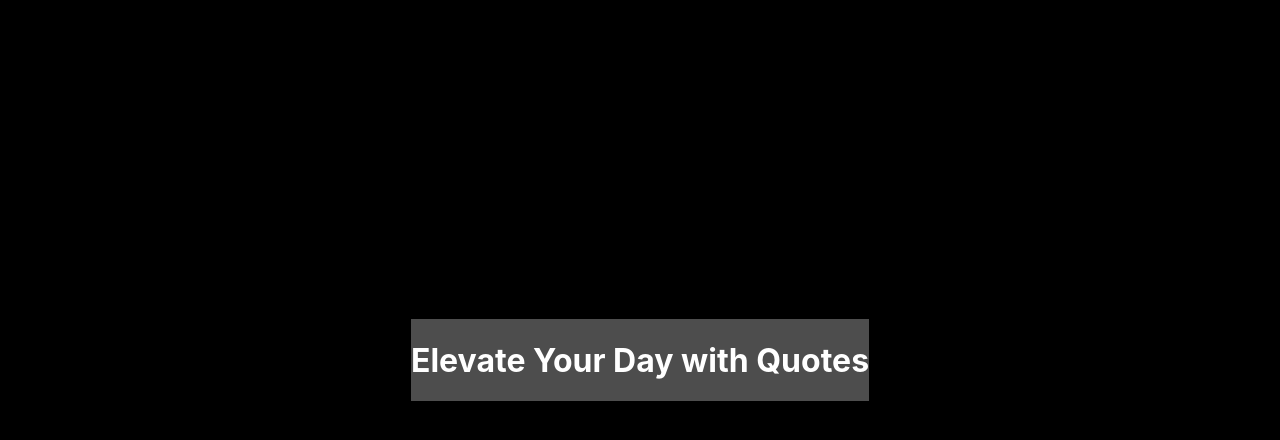
Repository: Bhavik-Sanghar/Quote-app
Page: /
The author's editor kept a copy of each file at every save. The page is drawn from the files as they stood at one save, then again after the next save.
The browser window is 1280 px wide. The pictures show the whole page.
The page's requests for data from a server got no answer. The project was rebuilt for these pictures with package versions that can differ from the ones it lists, and the page was loaded fresh each time. No one was signed in, and anything a server would have sent is missing. Also part of the build but not shown: src/styles.css.

Above is the page before, as saved 2023-08-18 14:50:29.

### src/App.js
import React from 'react';
import './styles.css';
import QuoteComponent from './components/NewQuote'

function App() {
  return (
    <div className="App">

      <QuoteComponent/>


    </div>
  );
}

export default App;

### src/components/NewQuote.js
import React, { useEffect, useState } from "react";
import axios from "axios";
import './New.css'

const QuoteComponent = () => {
  const [quotes, setQuotes] = useState([]);
  const category = "inspirational";
  const apiKey = "EgtS4gqLsbjvHM2bBjKwBA==PYmsGLFQFXQzq0Na";

  useEffect(() => {
    fetchQuotes();
  }, []);

  const fetchQuotes = async () => {
    try {
      const response = await axios.get(
        `https://api.api-ninjas.com/v1/quotes?category=${category}&limit=`, // Fetching 5 quotes
        {
          headers: { "X-Api-Key": apiKey },
        }
      );
      console.log(response)
      setQuotes(response.data);
    } catch (error) {
      console.error("Error: ", error);
    }
  };

  return (
    <div className="quote-container">
      <div className="card-container">
      <h1>Elevate Your Day with Quotes</h1>
        {quotes.map((quote, index) => (
          <div key={index} className="card">
            <p className="quote-text">{quote.quote}</p>
            <p className="author">- {quote.author}</p>
          </div>
        ))}
      </div>
    </div>
  );
};

export default QuoteComponent;

### src/components/New.css
.quote-container{
  display: flex;
  justify-content: center;
  align-items: center;
  min-height: 100vh;
  background-color : black;
  color : white;
}

.card-container{
  background-color : rgba(255, 255, 255, 0.3);
}

Loaded but not shown: public/index.html (common file); src/index.js (common file); src/index.css (common file); src/reportWebVitals.js (common file)

After the next save:
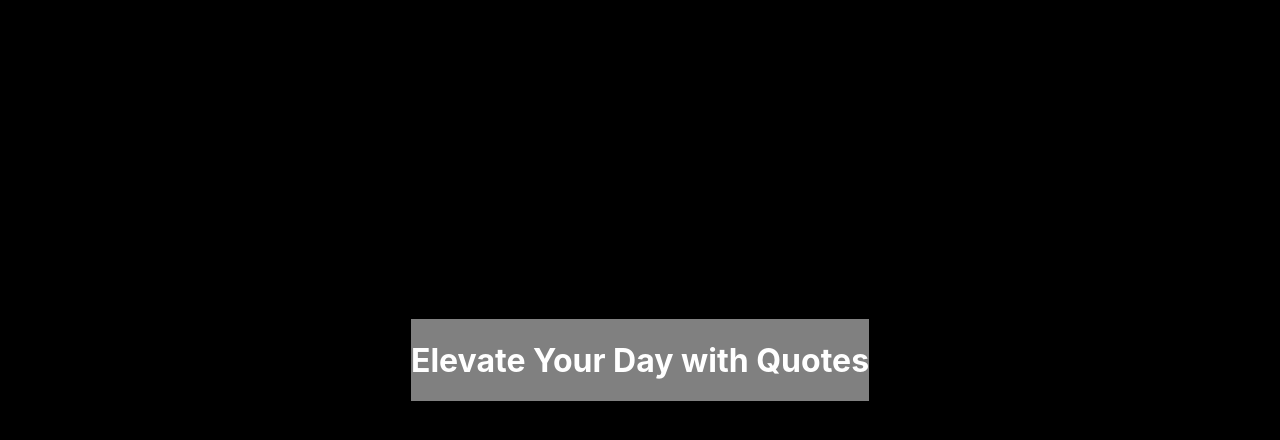
Saved 10 s later.
--- a/src/components/New.css
+++ b/src/components/New.css
@@ -8,5 +8,5 @@
 }
 
 .card-container{
-  background-color : rgba(255, 255, 255, 0.3);
+  background-color : rgba(255, 255, 255, 0.5);
 }
